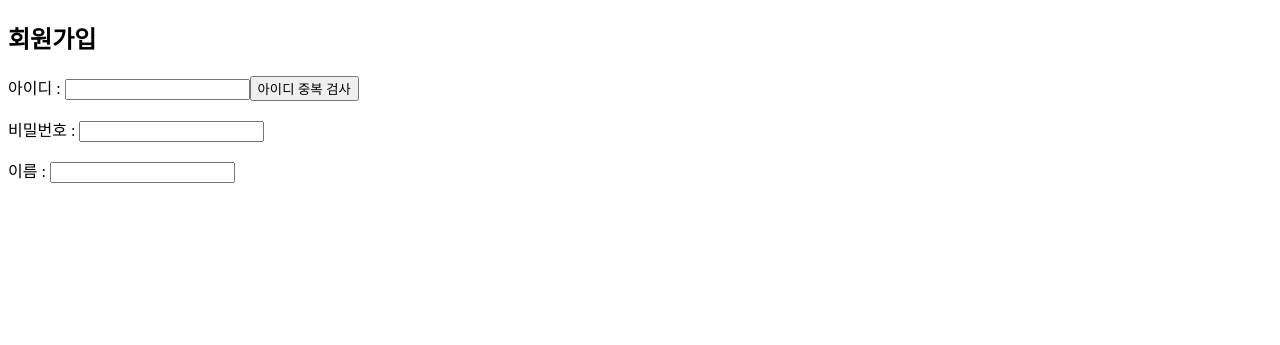
Repository: JaeYoon0935/lcom-servlet-jsp
Page: http://localhost/lcomputerstudy/user/insert.jsp
The author's editor kept a copy of each file at every save. The page is drawn from the files as they stood at one save, then again after a run of saves.
The browser window is 1280 px wide. The pictures show the whole page.
The page is served by Tomcat 9. Other server files are loaded and not shown.

Above is the page before, as saved 2020-09-20 06:40:31.

### lcomputerstudy/WebContent/user/insert.jsp
<%@ page language="java" contentType="text/html; charset=UTF-8"
    pageEncoding="UTF-8"%>
<!DOCTYPE html>
<html>
<head>
<meta charset="UTF-8">
<title>회원 추가</title>
</head>
<body>

<h2> 회원가입 </h2>
<form action="user-insert-process.do" name="user" method="post">
	<p> 아이디 : <input type="text" name="id"><input type="button" value="아이디 중복 검사"></p>
	<p> 비밀번호 : <input type="password" name="password"></p>
	<p> 이름 : <input type="text" name="name">



</form>


</body>
</html>

After the next 2 saves:
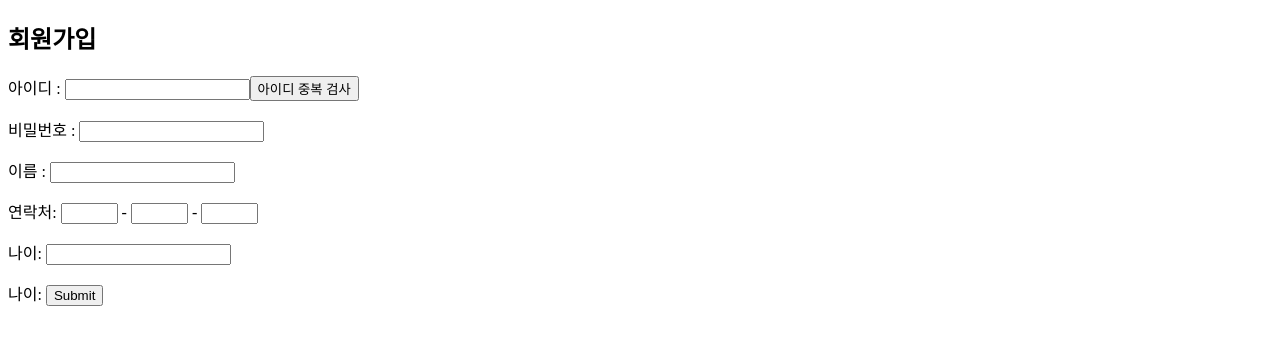
The 2 saves are shown as one change because they came seconds apart.
The last was saved 98 s later.
--- a/lcomputerstudy/WebContent/user/insert.jsp
+++ b/lcomputerstudy/WebContent/user/insert.jsp
@@ -13,9 +13,12 @@
 	<p> 아이디 : <input type="text" name="id"><input type="button" value="아이디 중복 검사"></p>
 	<p> 비밀번호 : <input type="password" name="password"></p>
 	<p> 이름 : <input type="text" name="name">
-
-
-
+	<p> 연락처: <input type="text" maxlength="4" size="4" name="tel1"> -
+			  <input type="text" maxlength="4" size="4" name="tel2"> -
+			  <input type="text" maxlength="4" size="4" name="tel3">
+	</p>
+	<p> 나이: <input type="text" name="age"></p>
+	<p> 나이: <input type="submit" name="가입하기"></p>
 </form>
 
 
